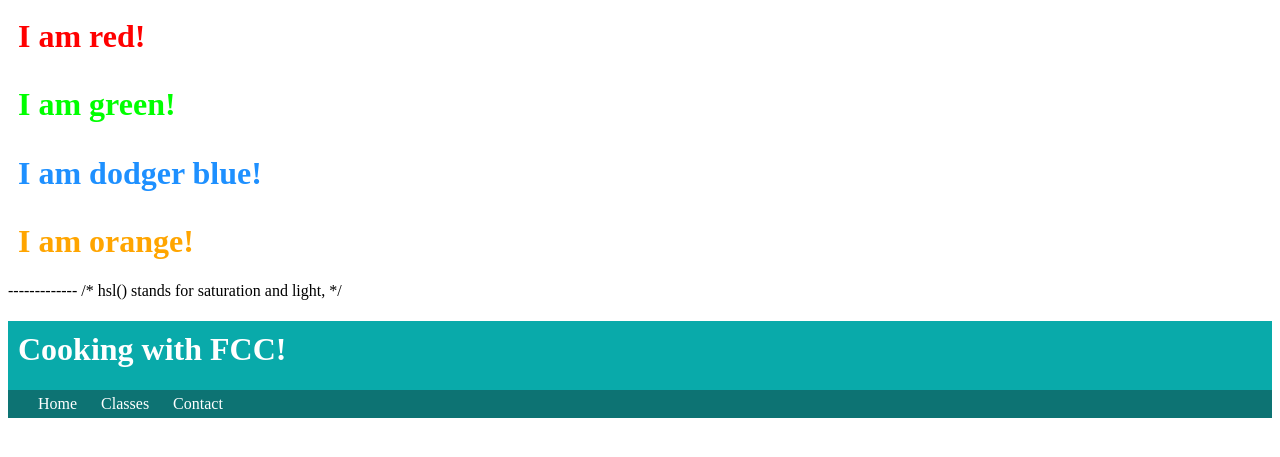
Repository: betsya97/freeCodeCamp_WebBasics
Page: html/colors.html
An editor plug-in stored every save of this project. The page is shown before and after the next save, followed by the edit.
The browser window is 1280 px wide. The pictures show the whole page.

Above is the page before, as saved 2021-03-07 23:12:41.

After the next save:
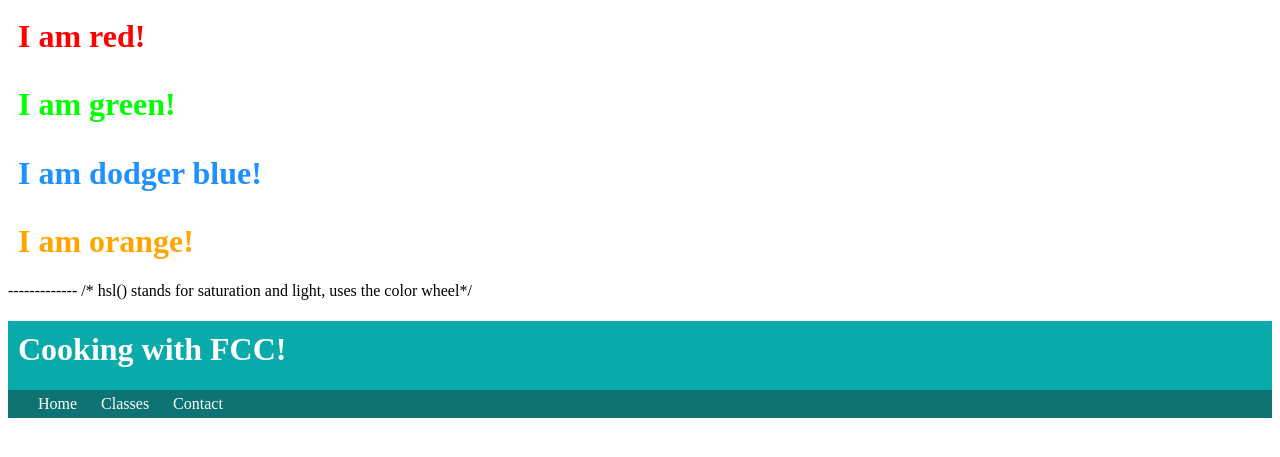
Saved 5 s later.
--- a/html/colors.html
+++ b/html/colors.html
@@ -24,7 +24,7 @@
   <!--or  1 digit for R, 1 for G, 1 for Blue -->
   <!--alternative: use rgb(0,0,0);-->
   -------------
-/* hsl() stands for saturation and light, */
+/* hsl() stands for saturation and light, uses the color wheel*/
   <style>
     header {
       background-color: hsl(180, 90%, 35%);
